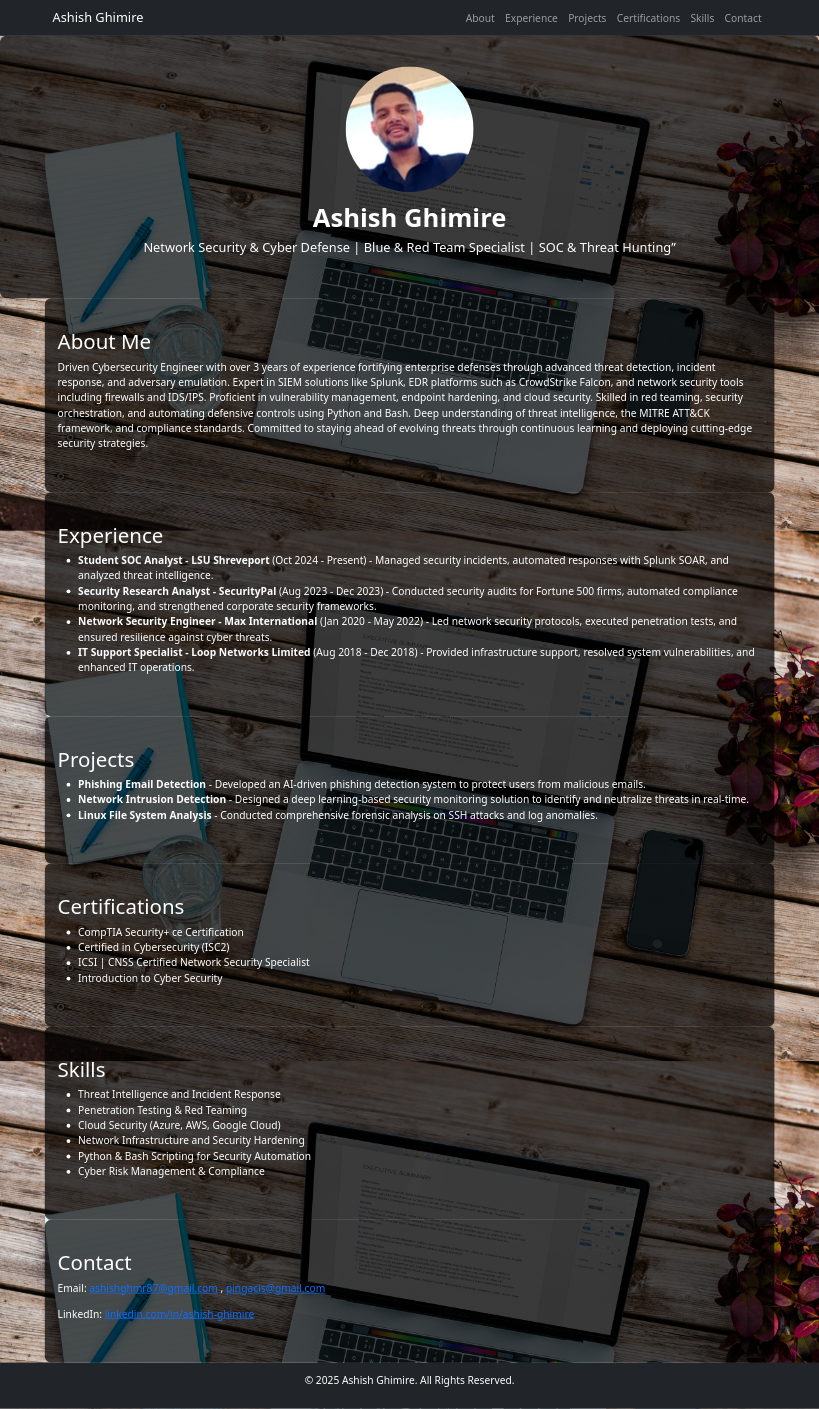
Repository: NetworkNinja11/ashishghimire.github.io
Page: index.html
The author's editor kept a copy of each file at every save. The page is drawn from the files as they stood at one save, then again after the next save.
The browser window is 1280 px wide. The pictures show the whole page, at 64% of full size.
Backgrounds fixed to the window are drawn as part of the page.

Above is the page before, as saved 2025-03-11 01:02:07.
Not found: styles.css

### index.html
<!DOCTYPE html>
<html lang="en">
<head>
    <meta charset="UTF-8">
    <meta name="viewport" content="width=device-width, initial-scale=1.0">
    <title>Ashish Ghimire - Cybersecurity Portfolio</title>
    <link rel="stylesheet" href="styles.css">
    <script defer src="script.js"></script>
    <link href="https://cdn.jsdelivr.net/npm/bootstrap@5.3.0/dist/css/bootstrap.min.css" rel="stylesheet">
    <style>
        body {
            background: url('background1.png') no-repeat center center fixed;
            background-size: cover;
            color: white;
        }
        .content-section {
            background: rgba(0, 0, 0, 0.7);
            padding: 20px;
            border-radius: 10px;
        }
    </style>
</head>
<body>
    <nav class="navbar navbar-dark bg-dark navbar-expand-lg">
        <div class="container">
            <a class="navbar-brand" href="#">Ashish Ghimire</a>
            <button class="navbar-toggler" type="button" data-bs-toggle="collapse" data-bs-target="#navbarNav">
                <span class="navbar-toggler-icon"></span>
            </button>
            <div class="collapse navbar-collapse" id="navbarNav">
                <ul class="navbar-nav ms-auto">
                    <li class="nav-item"><a class="nav-link" href="#about">About</a></li>
                    <li class="nav-item"><a class="nav-link" href="#experience">Experience</a></li>
                    <li class="nav-item"><a class="nav-link" href="#projects">Projects</a></li>
                    <li class="nav-item"><a class="nav-link" href="#certifications">Certifications</a></li>
                    <li class="nav-item"><a class="nav-link" href="#skills">Skills</a></li>
                    <li class="nav-item"><a class="nav-link" href="#contact">Contact</a></li>
                </ul>
            </div>
        </div>
    </nav>

    <header class="text-center text-white py-5 content-section">
        <img src="image.png" alt="Ashish Ghimire" class="img-fluid rounded-circle" width="200">
        <h1 class="fw-bold mt-3">Ashish Ghimire</h1>
        <p class="lead">Network Security & Cyber Defense | Blue & Red Team Specialist | SOC & Threat Hunting”</p>
    </header>

    <section id="about" class="container py-5 content-section">
        <h2>About Me</h2>
        <p>
            Driven Cybersecurity Engineer with over 3 years of experience fortifying enterprise defenses through advanced threat detection, incident response, and adversary emulation. Expert in SIEM solutions like Splunk, EDR platforms such as CrowdStrike Falcon, and network security tools including firewalls and IDS/IPS. Proficient in vulnerability management, endpoint hardening, and cloud security. Skilled in red teaming, security orchestration, and automating defensive controls using Python and Bash. Deep understanding of threat intelligence, the MITRE ATT&CK framework, and compliance standards. Committed to staying ahead of evolving threats through continuous learning and deploying cutting-edge security strategies.</p>
    </section>

    <section id="experience" class="container py-5 content-section">
        <h2>Experience</h2>
        <ul>
            <li><strong>Student SOC Analyst - LSU Shreveport</strong> (Oct 2024 - Present) - Managed security incidents, automated responses with Splunk SOAR, and analyzed threat intelligence.</li>
            <li><strong>Security Research Analyst - SecurityPal</strong> (Aug 2023 - Dec 2023) - Conducted security audits for Fortune 500 firms, automated compliance monitoring, and strengthened corporate security frameworks.</li>
            <li><strong>Network Security Engineer - Max International</strong> (Jan 2020 - May 2022) - Led network security protocols, executed penetration tests, and ensured resilience against cyber threats.</li>
            <li><strong>IT Support Specialist - Loop Networks Limited</strong> (Aug 2018 - Dec 2018) - Provided infrastructure support, resolved system vulnerabilities, and enhanced IT operations.</li>
        </ul>
    </section>

    <section id="projects" class="container py-5 content-section">
        <h2>Projects</h2>
        <ul>
            <li><strong>Phishing Email Detection</strong> - Developed an AI-driven phishing detection system to protect users from malicious emails.</li>
            <li><strong>Network Intrusion Detection</strong> - Designed a deep learning-based security monitoring solution to identify and neutralize threats in real-time.</li>
            <li><strong>Linux File System Analysis</strong> - Conducted comprehensive forensic analysis on SSH attacks and log anomalies.</li>
        </ul>
    </section>

    <section id="certifications" class="container py-5 content-section">
        <h2>Certifications</h2>
        <ul>
            <li>CompTIA Security+ ce Certification</li>
            <li>Certified in Cybersecurity (ISC2)</li>
            <li>ICSI | CNSS Certified Network Security Specialist</li>
            <li>Introduction to Cyber Security</li>
        </ul>
    </section>

    <section id="skills" class="container py-5 content-section">
        <h2>Skills</h2>
        <ul>
            <li>Threat Intelligence and Incident Response</li>
            <li>Penetration Testing & Red Teaming</li>
            <li>Cloud Security (Azure, AWS, Google Cloud)</li>
            <li>Network Infrastructure and Security Hardening</li>
            <li>Python & Bash Scripting for Security Automation</li>
            <li>Cyber Risk Management & Compliance</li>
        </ul>
    </section>

    <section id="contact" class="container py-5 content-section">
        <h2>Contact</h2>
        <p>Email: <a href="mailto:ashishghmr87@gmail.com">ashishghmr87@gmail.com</a> , <a href="mailto:pingacis@gmail.com">pingacis@gmail.com</a></p>
        <p>LinkedIn: <a href="https://www.linkedin.com/in/ashish-ghimire-96755b179/" target="_blank">linkedin.com/in/ashish-ghimire</a></p>
    </section>

    <footer class="text-center bg-dark text-white py-3">
        <p>&copy; 2025 Ashish Ghimire. All Rights Reserved.</p>
    </footer>

    <script src="https://cdn.jsdelivr.net/npm/bootstrap@5.3.0/dist/js/bootstrap.bundle.min.js"></script>
</body>
</html>

### script.js
document.addEventListener("DOMContentLoaded", function () {
    document.querySelectorAll('a[href^="#"]').forEach(anchor => {
        anchor.addEventListener("click", function (e) {
            e.preventDefault();
            document.querySelector(this.getAttribute("href")).scrollIntoView({
                behavior: "smooth"
            });
        });
    });
});

After the next save:
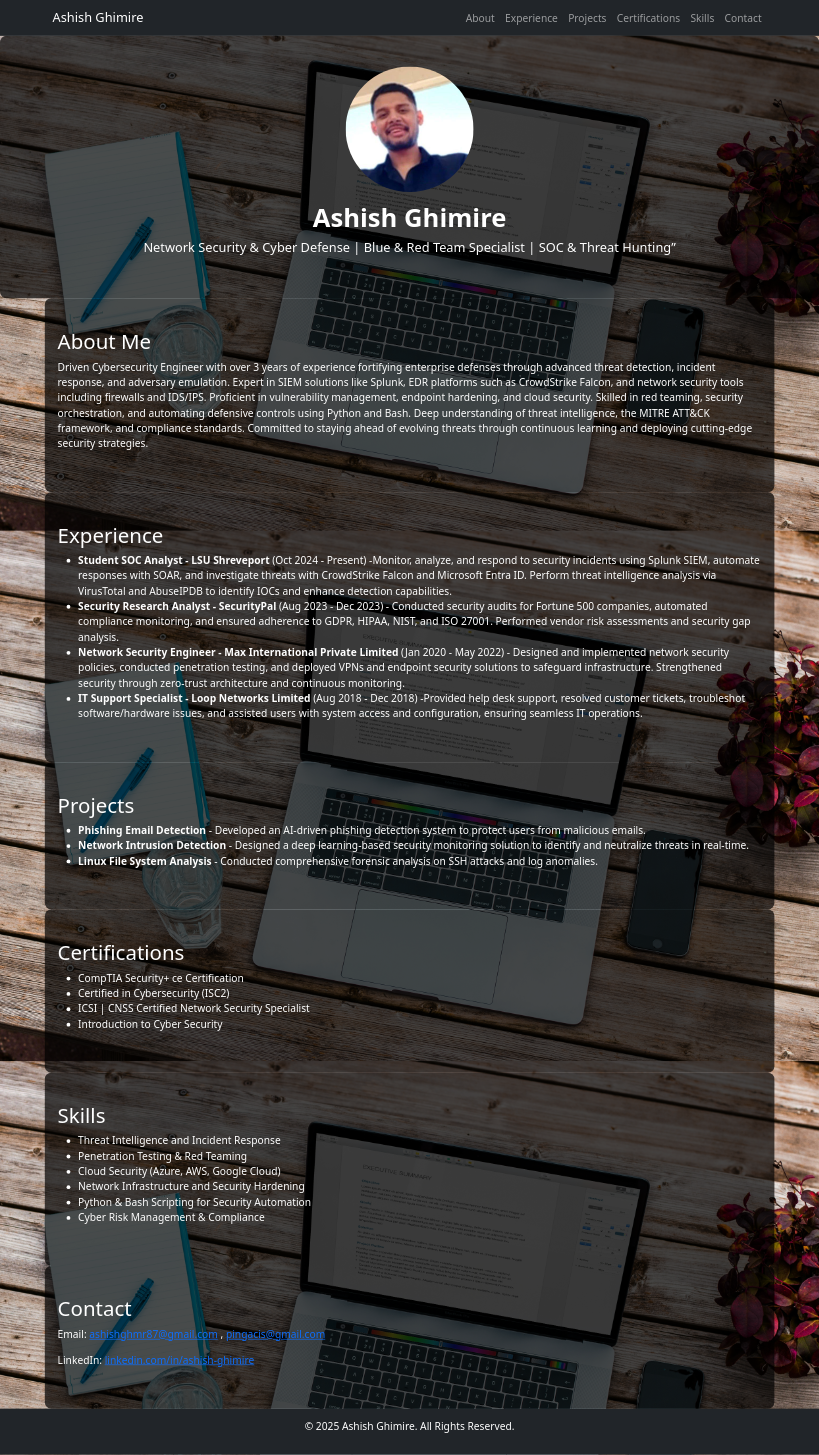
Saved 8 min 38 s later.
--- a/index.html
+++ b/index.html
@@ -55,10 +55,10 @@
     <section id="experience" class="container py-5 content-section">
         <h2>Experience</h2>
         <ul>
-            <li><strong>Student SOC Analyst - LSU Shreveport</strong> (Oct 2024 - Present) - Managed security incidents, automated responses with Splunk SOAR, and analyzed threat intelligence.</li>
-            <li><strong>Security Research Analyst - SecurityPal</strong> (Aug 2023 - Dec 2023) - Conducted security audits for Fortune 500 firms, automated compliance monitoring, and strengthened corporate security frameworks.</li>
-            <li><strong>Network Security Engineer - Max International</strong> (Jan 2020 - May 2022) - Led network security protocols, executed penetration tests, and ensured resilience against cyber threats.</li>
-            <li><strong>IT Support Specialist - Loop Networks Limited</strong> (Aug 2018 - Dec 2018) - Provided infrastructure support, resolved system vulnerabilities, and enhanced IT operations.</li>
+            <li><strong>Student SOC Analyst - LSU Shreveport</strong> (Oct 2024 - Present) -Monitor, analyze, and respond to security incidents using Splunk SIEM, automate responses with SOAR, and investigate threats with CrowdStrike Falcon and Microsoft Entra ID. Perform threat intelligence analysis via VirusTotal and AbuseIPDB to identify IOCs and enhance detection capabilities. </li>
+            <li><strong>Security Research Analyst - SecurityPal</strong> (Aug 2023 - Dec 2023) - Conducted security audits for Fortune 500 companies, automated compliance monitoring, and ensured adherence to GDPR, HIPAA, NIST, and ISO 27001. Performed vendor risk assessments and security gap analysis.</li>
+            <li><strong>Network Security Engineer - Max International Private Limited</strong> (Jan 2020 - May 2022) - Designed and implemented network security policies, conducted penetration testing, and deployed VPNs and endpoint security solutions to safeguard infrastructure. Strengthened security through zero-trust architecture and continuous monitoring.</li>
+            <li><strong>IT Support Specialist - Loop Networks Limited</strong> (Aug 2018 - Dec 2018) -Provided help desk support, resolved customer tickets, troubleshot software/hardware issues, and assisted users with system access and configuration, ensuring seamless IT operations. </li>
         </ul>
     </section>
 
